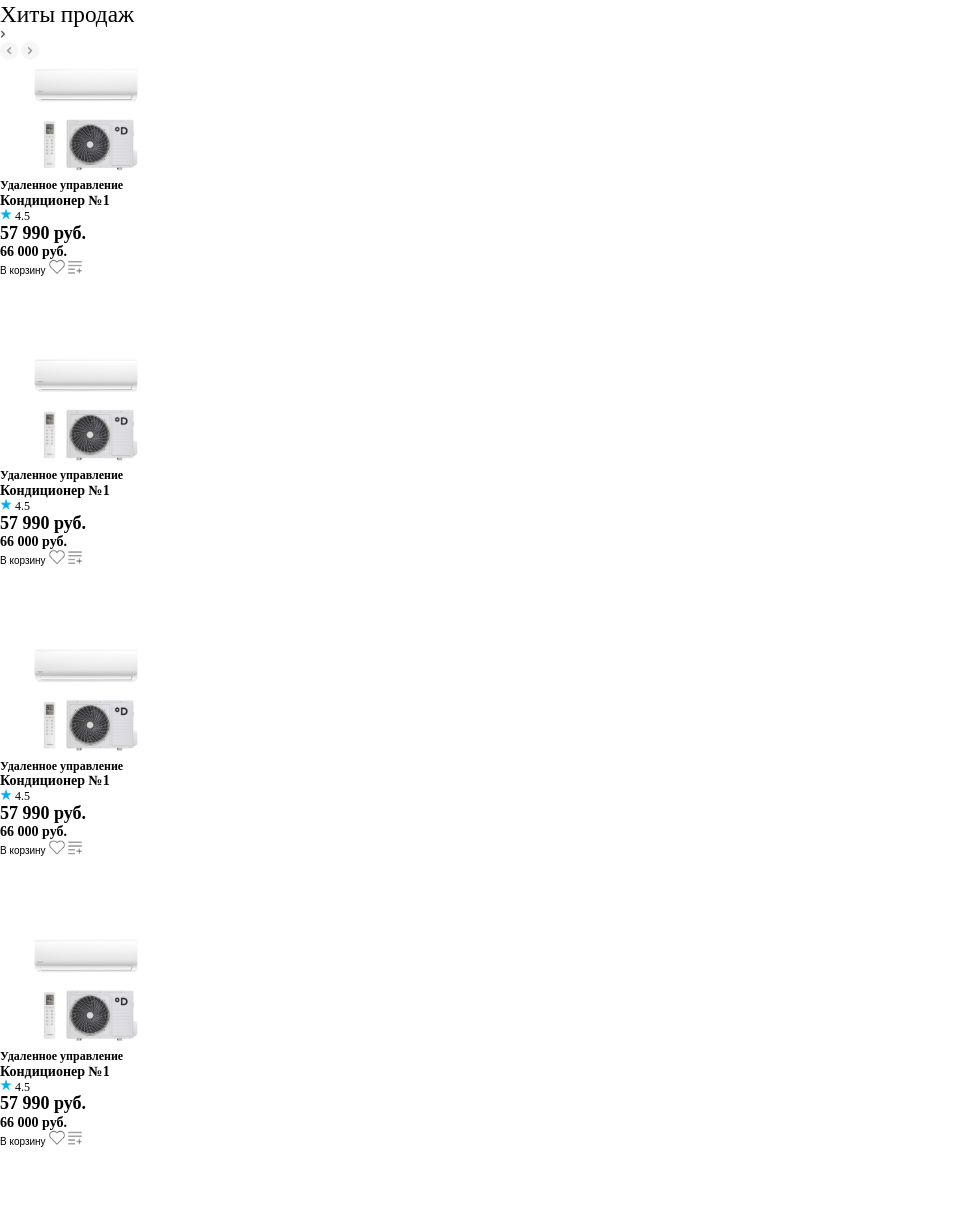
Repository: NikaMana/us
Page: index.html
The author's editor kept a copy of each file at every save. The page is drawn from the files as they stood at one save, then again after the next save.
The browser window is 1280 px wide. The pictures show the whole page, at 75% of full size.

Above is the page before, as saved 2021-09-15 15:19:04.

After the next save:
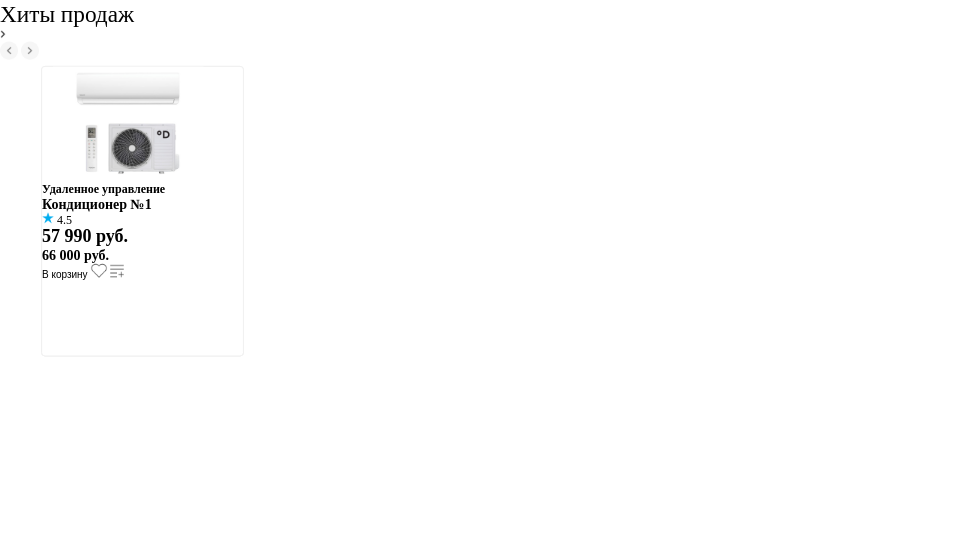
Saved 58 s later.
--- a/styles.css
+++ b/styles.css
@@ -33,5 +33,18 @@ width: 270px;
 left: 55px;
 top: 88px;
 border-radius: 5px;
+position: absolute;
+height: 387px;
+left: 55px;
+right: 955px;
+top: 88px;
 
+/* White */
+
+background: #FFFFFF;
+/* Grey 1 (for strokes) */
+
+border: 1px solid #EEEEEE;
+box-sizing: border-box;
+border-radius: 5px;
 }
